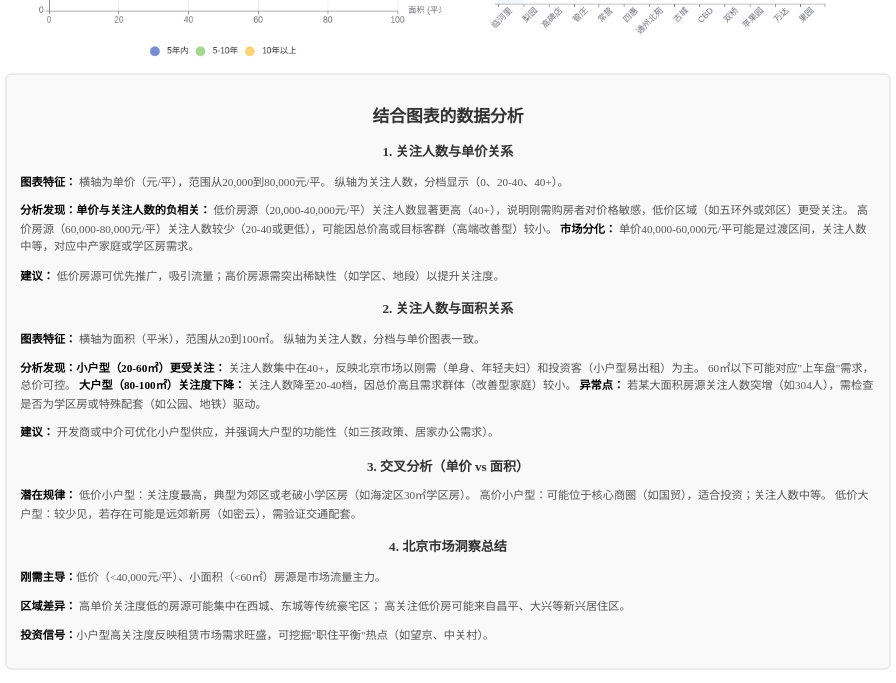
Repository: sakimi-9/DPV-SHP_BeiJing
Page: / (app in py_crawler/rendering/)
The author's editor kept a copy of each file at every save. The page is drawn from the files as they stood at one save, then again after the next save.
The browser window is 1280 px wide. The pictures show the part of the page from y = 2406 to 4326 px (the page is 3382 px tall before and 4417 px after), at 70% of full size.
The project was rebuilt for these pictures with package versions that can differ from the ones it lists, and the page was loaded fresh each time. Also part of the build but not shown: py_crawler/rendering/vite.config.ts.

Above is the page before, as saved 2025-05-26 08:26:15.

After the next save:
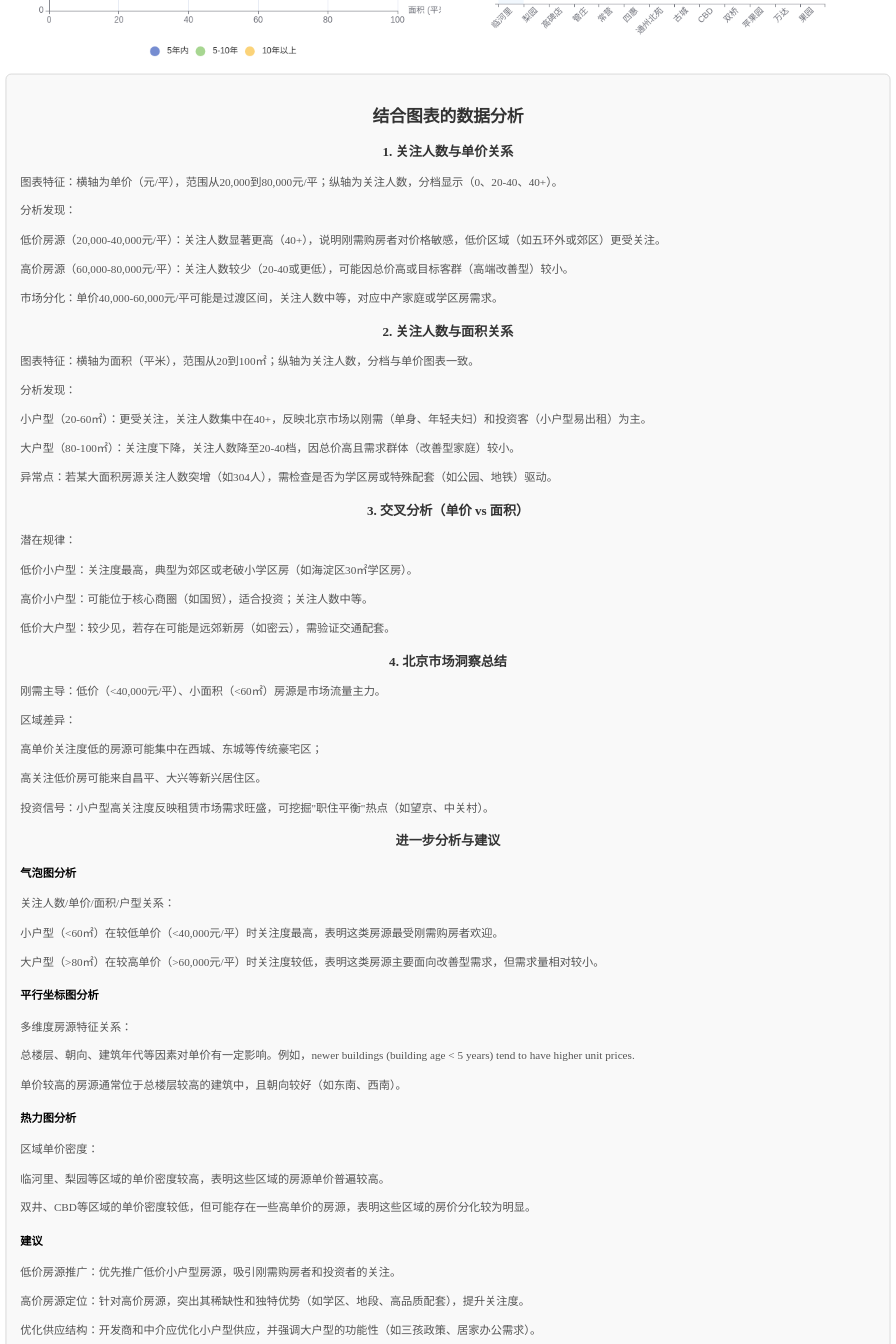
Saved 25 min 7 s later.
--- a/py_crawler/rendering/src/App.vue
+++ b/py_crawler/rendering/src/App.vue
@@ -11,66 +11,55 @@
     <!-- 数据分析区域 -->
     <div class="data-analysis-container">
       <h2>结合图表的数据分析</h2>
+
       <h3>1. 关注人数与单价关系</h3>
-      <p>
-        <strong>图表特征：</strong>
-        横轴为单价（元/平），范围从20,000到80,000元/平。
-        纵轴为关注人数，分档显示（0、20-40、40+）。
-      </p>
-      <p>
-        <strong>分析发现：</strong>
-        <strong>单价与关注人数的负相关：</strong>
-        低价房源（20,000-40,000元/平）关注人数显著更高（40+），说明刚需购房者对价格敏感，低价区域（如五环外或郊区）更受关注。
-        高价房源（60,000-80,000元/平）关注人数较少（20-40或更低），可能因总价高或目标客群（高端改善型）较小。
-        <strong>市场分化：</strong>
-        单价40,000-60,000元/平可能是过渡区间，关注人数中等，对应中产家庭或学区房需求。
-      </p>
-      <p>
-        <strong>建议：</strong>
-        低价房源可优先推广，吸引流量；高价房源需突出稀缺性（如学区、地段）以提升关注度。
-      </p>
+      <p>图表特征：横轴为单价（元/平），范围从20,000到80,000元/平；纵轴为关注人数，分档显示（0、20-40、40+）。</p>
+      <p>分析发现：</p>
+      <p>低价房源（20,000-40,000元/平）：关注人数显著更高（40+），说明刚需购房者对价格敏感，低价区域（如五环外或郊区）更受关注。</p>
+      <p>高价房源（60,000-80,000元/平）：关注人数较少（20-40或更低），可能因总价高或目标客群（高端改善型）较小。</p>
+      <p>市场分化：单价40,000-60,000元/平可能是过渡区间，关注人数中等，对应中产家庭或学区房需求。</p>
 
       <h3>2. 关注人数与面积关系</h3>
-      <p>
-        <strong>图表特征：</strong>
-        横轴为面积（平米），范围从20到100㎡。
-        纵轴为关注人数，分档与单价图表一致。
-      </p>
-      <p>
-        <strong>分析发现：</strong>
-        <strong>小户型（20-60㎡）更受关注：</strong>
-        关注人数集中在40+，反映北京市场以刚需（单身、年轻夫妇）和投资客（小户型易出租）为主。
-        60㎡以下可能对应"上车盘"需求，总价可控。
-        <strong>大户型（80-100㎡）关注度下降：</strong>
-        关注人数降至20-40档，因总价高且需求群体（改善型家庭）较小。
-        <strong>异常点：</strong>
-        若某大面积房源关注人数突增（如304人），需检查是否为学区房或特殊配套（如公园、地铁）驱动。
-      </p>
-      <p>
-        <strong>建议：</strong>
-        开发商或中介可优化小户型供应，并强调大户型的功能性（如三孩政策、居家办公需求）。
-      </p>
+      <p>图表特征：横轴为面积（平米），范围从20到100㎡；纵轴为关注人数，分档与单价图表一致。</p>
+      <p>分析发现：</p>
+      <p>小户型（20-60㎡）：更受关注，关注人数集中在40+，反映北京市场以刚需（单身、年轻夫妇）和投资客（小户型易出租）为主。</p>
+      <p>大户型（80-100㎡）：关注度下降，关注人数降至20-40档，因总价高且需求群体（改善型家庭）较小。</p>
+      <p>异常点：若某大面积房源关注人数突增（如304人），需检查是否为学区房或特殊配套（如公园、地铁）驱动。</p>
 
       <h3>3. 交叉分析（单价 vs 面积）</h3>
-      <p>
-        <strong>潜在规律：</strong>
-        低价小户型：关注度最高，典型为郊区或老破小学区房（如海淀区30㎡学区房）。
-        高价小户型：可能位于核心商圈（如国贸），适合投资；关注人数中等。
-        低价大户型：较少见，若存在可能是远郊新房（如密云），需验证交通配套。
-      </p>
+      <p>潜在规律：</p>
+      <p>低价小户型：关注度最高，典型为郊区或老破小学区房（如海淀区30㎡学区房）。</p>
+      <p>高价小户型：可能位于核心商圈（如国贸），适合投资；关注人数中等。</p>
+      <p>低价大户型：较少见，若存在可能是远郊新房（如密云），需验证交通配套。</p>
 
       <h3>4. 北京市场洞察总结</h3>
-      <p>
-        <strong>刚需主导：</strong>低价（&lt;40,000元/平）、小面积（&lt;60㎡）房源是市场流量主力。
-      </p>
-      <p>
-        <strong>区域差异：</strong>
-        高单价关注度低的房源可能集中在西城、东城等传统豪宅区；
-        高关注低价房可能来自昌平、大兴等新兴居住区。
-      </p>
-      <p>
-        <strong>投资信号：</strong>小户型高关注度反映租赁市场需求旺盛，可挖掘"职住平衡"热点（如望京、中关村）。
-      </p>
+      <p>刚需主导：低价（&lt;40,000元/平）、小面积（&lt;60㎡）房源是市场流量主力。</p>
+      <p>区域差异：</p>
+      <p>高单价关注度低的房源可能集中在西城、东城等传统豪宅区；</p>
+      <p>高关注低价房可能来自昌平、大兴等新兴居住区。</p>
+      <p>投资信号：小户型高关注度反映租赁市场需求旺盛，可挖掘"职住平衡"热点（如望京、中关村）。</p>
+
+      <h3>进一步分析与建议</h3>
+      <h4>气泡图分析</h4>
+      <p>关注人数/单价/面积/户型关系：</p>
+      <p>小户型（&lt;60㎡）在较低单价（&lt;40,000元/平）时关注度最高，表明这类房源最受刚需购房者欢迎。</p>
+      <p>大户型（&gt;80㎡）在较高单价（&gt;60,000元/平）时关注度较低，表明这类房源主要面向改善型需求，但需求量相对较小。</p>
+
+      <h4>平行坐标图分析</h4>
+      <p>多维度房源特征关系：</p>
+      <p>总楼层、朝向、建筑年代等因素对单价有一定影响。例如，newer buildings (building age &lt; 5 years) tend to have higher unit prices.</p>
+      <p>单价较高的房源通常位于总楼层较高的建筑中，且朝向较好（如东南、西南）。</p>
+
+      <h4>热力图分析</h4>
+      <p>区域单价密度：</p>
+      <p>临河里、梨园等区域的单价密度较高，表明这些区域的房源单价普遍较高。</p>
+      <p>双井、CBD等区域的单价密度较低，但可能存在一些高单价的房源，表明这些区域的房价分化较为明显。</p>
+
+      <h4>建议</h4>
+      <p>低价房源推广：优先推广低价小户型房源，吸引刚需购房者和投资者的关注。</p>
+      <p>高价房源定位：针对高价房源，突出其稀缺性和独特优势（如学区、地段、高品质配套），提升关注度。</p>
+      <p>优化供应结构：开发商和中介应优化小户型供应，并强调大户型的功能性（如三孩政策、居家办公需求）。</p>
+      <p>区域差异化策略：根据不同区域的特点和需求，制定差异化的营销策略，如在新兴居住区重点推广低价小户型，在传统豪宅区突出高端改善型房源的优势。</p>
     </div>
   </div>
 </template>
